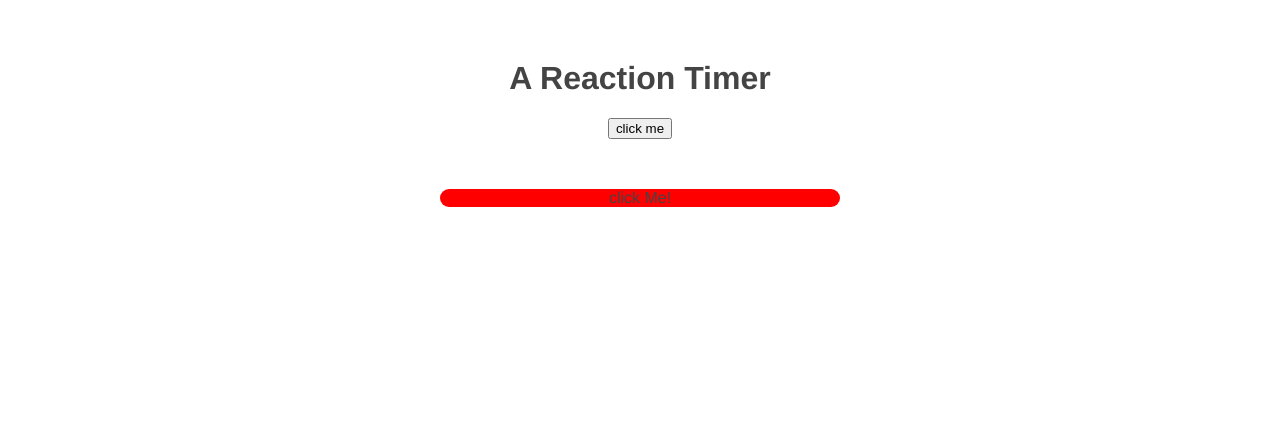
Repository: qudos4real/reaction-timer
Page: /, after clicking the first element matching `button`
The author's editor kept a copy of each file at every save. The page is drawn from the files as they stood at one save, then again after the next save.
The browser window is 1280 px wide. The pictures show the whole page.
The project was rebuilt for these pictures with package versions that can differ from the ones it lists, and the page was loaded fresh each time. Also part of the build but not shown: vue.config.js.

Above is the page before, as saved 2022-12-27 22:34:45.

### src/App.vue
<template>
 <h1>A Reaction Timer</h1>
 <button @click="start">click me</button>
 <Block />
</template>

<script>
import Block from './components/Block.vue';

export default {
  name: 'App',
  components: {
    Block
  },
  data() {
    return {
      isPlaying: false,
      delay: null,
    }
  },
  methods: {
    start() {
      this.isPlaying = true;
      this.delay = 2000 + Math.random() * 5000;
      console.log(this.delay);
    }
  }
}
</script>

<style>
#app {
  font-family: Avenir, Helvetica, Arial, sans-serif;
  -webkit-font-smoothing: antialiased;
  -moz-osx-font-smoothing: grayscale;
  text-align: center;
  color: #444;
  margin-top: 60px;
}
</style>

### src/components/Block.vue
<template>
    <div class="block">
        click Me!
        </div>
</template>

<script>
export default {

}
</script>

<style>
.block {
    width: 400px;
    border-radius: 20px;
    text-align: center;
    margin: 50px auto;
    /* line-height: 400px; */
    background-color: red;
}
</style>

Loaded but not shown: public/index.html (common file); src/main.js (common file)

After the next save:
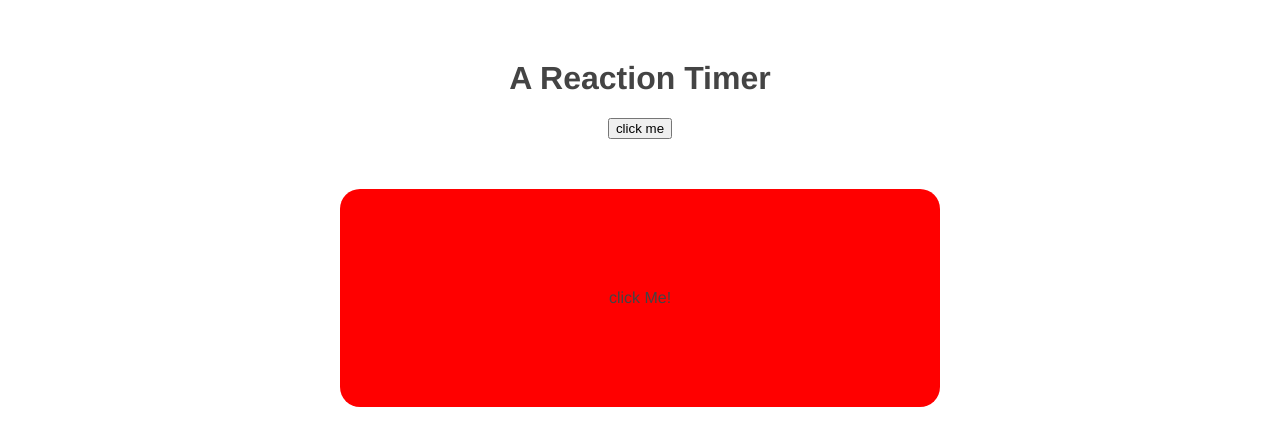
Saved 21 s later.
--- a/src/components/Block.vue
+++ b/src/components/Block.vue
@@ -18,5 +18,6 @@ export default {
     margin: 50px auto;
     /* line-height: 400px; */
     background-color: red;
+    padding: 100px;
 }
 </style>
